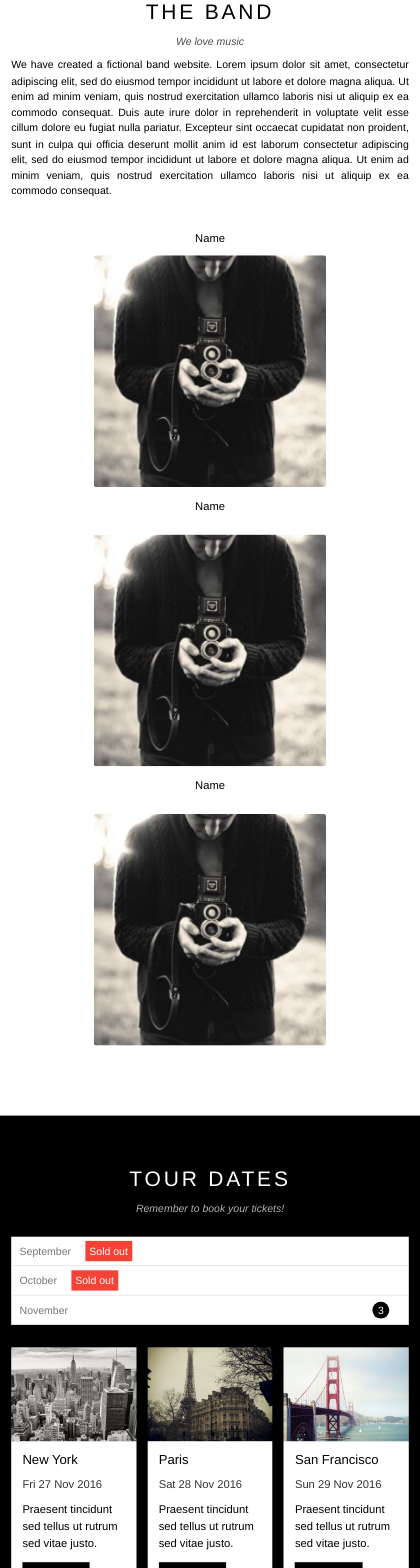
Repository: vuongtm1999/TheBand_W3School
Page: index.html
These files come from the project's save history. The page is drawn as it stood at one moment and after the next save; the edit follows.
The browser window is 600 px wide. The pictures show the part of the page from y = 424 to 2664 px (the page is 3812 px tall), at 70% of full size.

Above is the page before, as saved 2022-08-31 08:17:06.

After the next save:
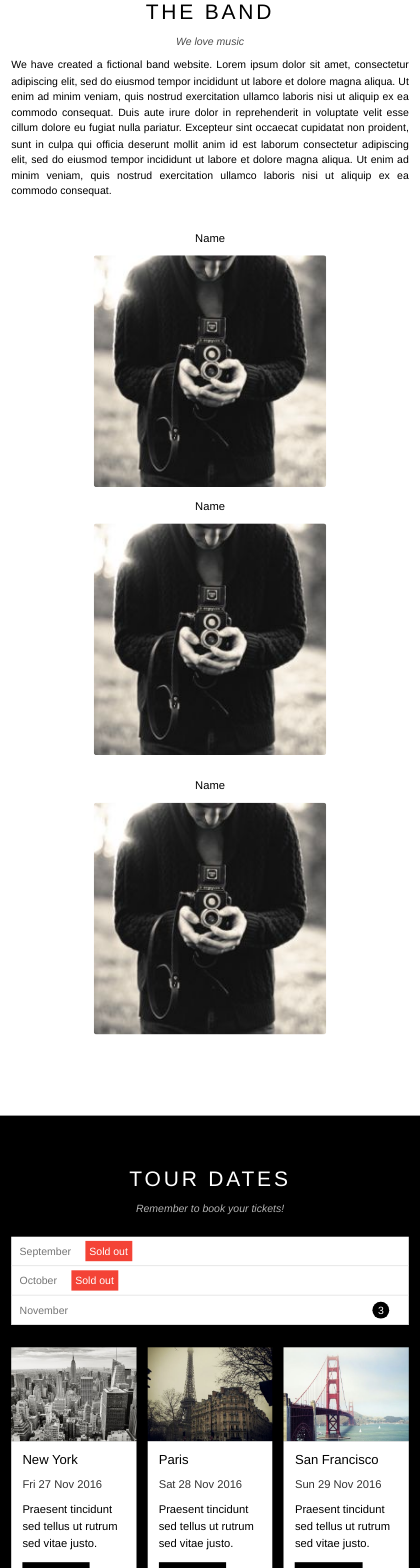
Saved 51 s later.
--- a/assets/css/responsive.css
+++ b/assets/css/responsive.css
@@ -16,7 +16,7 @@
 /* Mobile */
 @media (max-width:740px) {
     .s-mt-16{
-        margin-top: 16px;
+        margin-bottom: 16px;
     }
 
     #header{
